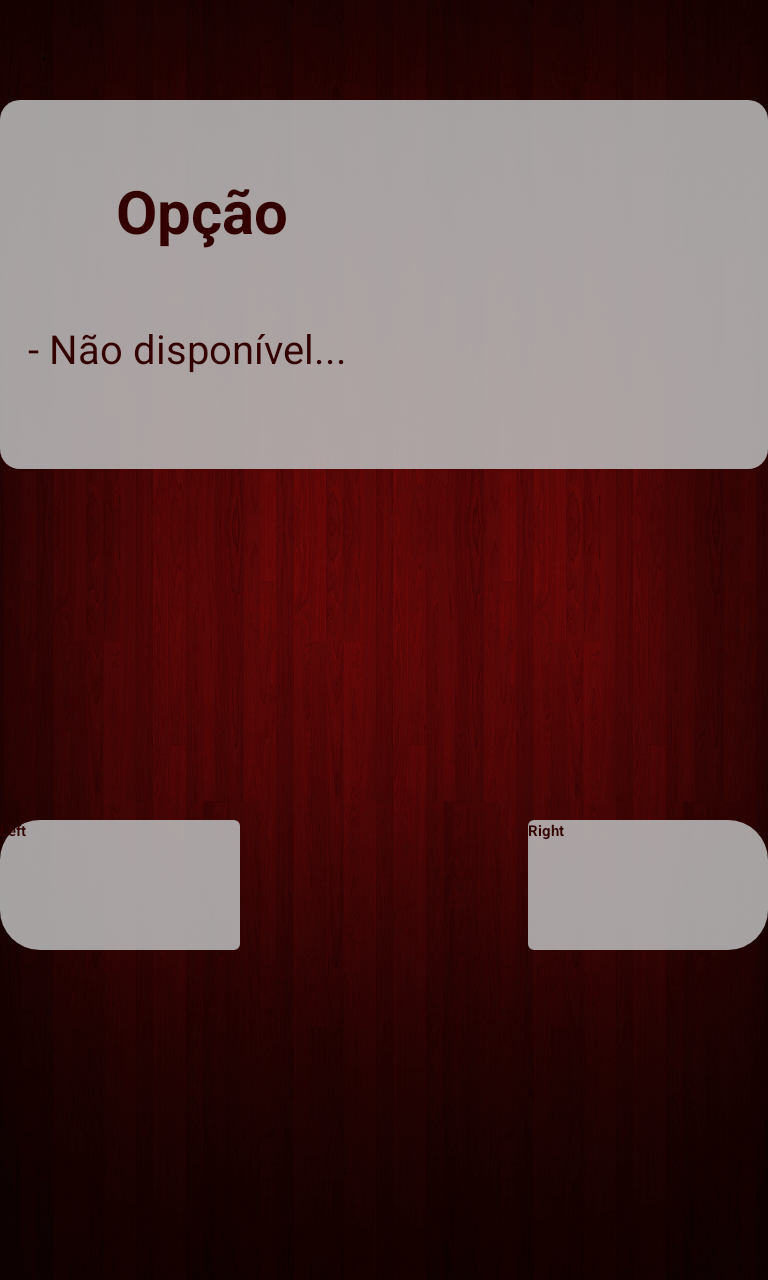
Repository: LuisFilipeDias/eMenu
Layout: SideMenuTutorial/res/layout/display_fragment.xml
The author's editor kept a copy of each file at every save. The layout is drawn from the files as they stood at one save, then again after the next save.
It is drawn on a 768 x 1280 px phone screen (xhdpi) without system bars, with theme Theme.Sherlock; the app's code is not run.

Above is the layout before, as saved 2013-12-23 18:55:24.

### SideMenuTutorial/res/layout/display_fragment.xml
<LinearLayout xmlns:android="http://schemas.android.com/apk/res/android"
    xmlns:tools="http://schemas.android.com/tools"
    android:id="@+id/scrollView1"
    android:layout_width="match_parent"
    android:layout_height="match_parent"
	android:layout_marginLeft="15dp"
	android:layout_marginRight="15dp"
    android:orientation="vertical"
    android:background="@drawable/back_a"
    tools:context=".MainActivity" >

	<ScrollView
	    android:layout_width="match_parent"
	    android:layout_height="match_parent" >


    <RelativeLayout
        android:layout_width="match_parent"
        android:layout_height="match_parent">

	    <ScrollView
            android:id="@+id/display_scroll"
	        android:layout_width="match_parent"
	        android:layout_height="380dp" >

            <LinearLayout
                android:id="@+id/display_ll_1"
                android:layout_width="match_parent"
                android:layout_height="wrap_content"
                android:layout_marginBottom="100dp"
                android:layout_marginTop="50dp"
                android:background="@drawable/center_clicked"
                android:orientation="vertical" >

                <TextView
                    android:id="@+id/bogus_ttl"
                    android:layout_width="202dp"
                    android:layout_height="wrap_content"
                    android:layout_marginBottom="20dp"
                    android:layout_marginTop="35dp"
                    android:gravity="center_horizontal|center_vertical"
                    android:text="@string/bogus_ttl"
                    android:textAppearance="?android:attr/textAppearanceLarge"
                    android:textColor="@color/brown"
                    android:textSize="30sp"
                    android:textStyle="bold" />

                <RelativeLayout
                    android:id="@+id/disp_rel2"
                    android:layout_width="match_parent"
                    android:layout_height="wrap_content"
                    android:layout_marginTop="15dp"
                    android:orientation="vertical" >

                    <TextView
                        android:id="@+id/bogus_txt"
                        android:layout_width="wrap_content"
                        android:layout_height="wrap_content"
                        android:layout_alignParentLeft="true"
                        android:layout_alignParentTop="true"
                        android:layout_marginLeft="14dp"
                        android:maxWidth="230dp"
                        android:text="@string/bogus_txt"
                        android:textAppearance="?android:attr/textAppearanceLarge"
                        android:textColor="@color/brown"
                        android:textSize="20sp" />

                    <TextView
                        android:id="@+id/bogus_price"
                        android:layout_width="wrap_content"
                        android:layout_height="wrap_content"
                        android:layout_alignParentRight="true"
                        android:layout_alignParentTop="true"
                        android:layout_marginRight="14dp"
                        android:gravity="center_horizontal"
                        android:text="@string/bogus_price"
                        android:textAppearance="?android:attr/textAppearanceLarge"
                        android:textColor="@color/brown"
                        android:textSize="20sp"
                        android:textStyle="bold" />
                </RelativeLayout>
            </LinearLayout>
    	</ScrollView>

	        <RelativeLayout
	            android:layout_marginTop="30dp"
	            android:layout_width="match_parent"
	            android:layout_height="match_parent"
	            android:layout_alignParentBottom="true"
	            android:layout_below="@+id/display_scroll" >

	            <Button
	                android:id="@+id/right_button"
	                android:text="@string/right_btn_txt"
                    android:textColor="@color/brown"
	                android:textStyle="bold"
	                android:layout_width="120dp"
	                android:layout_height="65dp"
	                android:background="@drawable/right_tri_clicked"
	                android:orientation="vertical"
	                android:layout_alignParentRight="true"
	                android:onClick="rightClicked" >
	            </Button>

	            <Button
	                android:id="@+id/left_button"
	                android:text="@string/left_btn_txt"
                    android:textColor="@color/brown"
	                android:textStyle="bold"
	                android:layout_width="120dp"
	                android:layout_height="65dp"
	                android:background="@drawable/left_tri_clicked"
	                android:orientation="vertical"
	                android:layout_alignParentLeft="true"
	                android:onClick="leftClicked" >
	            </Button>
        	</RelativeLayout>
    </RelativeLayout>
    </ScrollView>

</LinearLayout>

### SideMenuTutorial/res/drawable/center_clicked.xml
<?xml version="1.0" encoding="utf-8"?>
<selector xmlns:android="http://schemas.android.com/apk/res/android">
<!-- Button Focused-->
    <item   android:state_focused="true"
            android:state_pressed="false"
            android:drawable="@drawable/center_bg"
            />
<!-- Button Focused Pressed-->
    <item   android:state_focused="true"
            android:state_pressed="true"
            android:drawable="@drawable/center_bg"
            />
<!-- Button Pressed-->
    <item   android:state_focused="false"
            android:state_pressed="true"
            android:drawable="@drawable/center_bg"
            />
<!-- Button Default Image-->
    <item   android:drawable="@drawable/center_hover"/>

</selector>

### SideMenuTutorial/res/values/strings.xml
<?xml version="1.0" encoding="utf-8"?>
<resources>


    <string name="drawer_close">drawer_close</string>
    <string name="drawer_open">drawer_open</string>
    <string name="title_activity_fetch_database">title_activity_fetch_database</string>
    <string name="title_activity_main">Escolher Restaurante</string>
    <string name="title_activity_display">Escolher Opção</string>
    <string name="title_activity_menu">Restaurantes</string>
    <string name="title_display_activity">Escolher</string>
    <string name="action_settings">action_settings</string>
    <string name="Fragment1">Fragment1</string>
    <string name="Fragment2">Fragment2</string>
    <string name="Fragment3">Fragment3</string>
    <string name="hello_world">Hello</string>
    <string name="Fragment1">Fragment1</string>
    <string name="menu_settings">Definições</string>

    <string name="menu_txt">Menus</string>
    <string name="entry_txt">Entradas</string>
    <string name="meat_txt">Pratos de Carne</string>
    <string name="fish_txt">Pratos de peixe</string>
    <string name="others_txt">Outros Pratos</string>
    <string name="deserts_txt">Sobremesas</string>
    <string name="drinks_txt">Bebidas</string>

    <string name="app_name">eMenu</string>
    <string name="carte_ttl">Ementas</string>
    <string name="info_ttl">Informações</string>

    <string name="resumee_ttl">Resumo:</string>
    <string name="resumee_txt">.    Não definido    </string>
    <string name="website_ttl">Website:</string>
    <string name="website_txt">.    Não definido    </string>
    <string name="location_ttl">Localização:</string>
    <string name="location_txt">.    Não definido    </string>
    <string name="contacts_ttl">Contactos:</string>
    <string name="phone_txt">- Telefones -</string>
    <string name="email_txt">- Emails -</string>

    <string name="bogus_ttl">Opção</string>
    <string name="bogus_txt"> - Não disponível...\n\n</string>
    <string name="bogus_price"> </string>

    <string name="left_btn_txt">Left</string>
    <string name="right_btn_txt">Right</string>
</resources>

### SideMenuTutorial/res/values/colors.xml
<?xml version="1.0" encoding="utf-8"?>
<resources>
        <color name="background_color">#888888</color>
        <color name="text_color">#00FFFF</color>
        <color name="random_color">#0000FF</color>
        <color name="light_grey">#EBEBEB</color>
        <color name="medium_grey">#A0A0A0</color>
        <color name="dark_grey">#646464</color>
        <color name="light_red">#FFE2E2</color>
        <color name="medium_red">#FFB4B4</color>
        <color name="light_blue">#E2E2FF</color>
        <color name="medium_blue">#B4B4FF</color>
        <color name="dark_blue">#0000FF</color>
        <color name="light_green">#E2FFE2</color>
        <color name="medium_green">#B4FFB4</color>
        <color name="emenu_color">#9F9F9F</color>
        <color name="light_orange">#FFC983</color>
        <color name="medium_orange">#FFB778</color>
        <color name="light_yellow">#FFFFBF</color>
        <color name="medium_yellow">#FFFFA3</color>
        <color name="white">#FFFFFF</color>
        <color name="top_blue">#3399CC</color>
        <color name="brown">#330000</color>
</resources>

### SideMenuTutorial/res/drawable/right_tri_clicked.xml
<?xml version="1.0" encoding="utf-8"?>
<selector xmlns:android="http://schemas.android.com/apk/res/android">
<!-- Button Focused-->
    <item   android:state_focused="true"
            android:state_pressed="false"
            android:drawable="@drawable/right_tri_bg"
            />
<!-- Button Focused Pressed-->
    <item   android:state_focused="true"
            android:state_pressed="true"
            android:drawable="@drawable/right_tri_bg"
            />
<!-- Button Pressed-->
    <item   android:state_focused="false"
            android:state_pressed="true"
            android:drawable="@drawable/right_tri_bg"
            />
<!-- Button Default Image-->
    <item   android:drawable="@drawable/right_tri_hover"/>

</selector>

### SideMenuTutorial/res/drawable/left_tri_clicked.xml
<?xml version="1.0" encoding="utf-8"?>
<selector xmlns:android="http://schemas.android.com/apk/res/android">
<!-- Button Focused-->
    <item   android:state_focused="true"
            android:state_pressed="false"
            android:drawable="@drawable/left_tri_bg"
            />
<!-- Button Focused Pressed-->
    <item   android:state_focused="true"
            android:state_pressed="true"
            android:drawable="@drawable/left_tri_bg"
            />
<!-- Button Pressed-->
    <item   android:state_focused="false"
            android:state_pressed="true"
            android:drawable="@drawable/left_tri_bg"
            />
<!-- Button Default Image-->
    <item   android:drawable="@drawable/left_tri_hover"/>

</selector>

### SideMenuTutorial/res/drawable/left_tri_bg.xml
<?xml version="1.0" encoding="UTF-8"?>
<shape xmlns:android="http://schemas.android.com/apk/res/android">
<!--this is to give gradient effect -->
<gradient   android:angle="270"
            android:startColor="#FFFFFFFF"
            android:endColor="#FFFFFFFF"
            />
<!-- this is make corners of button rounded -->
<corners    android:topLeftRadius="20dip"
               android:bottomRightRadius="3dip"
               android:topRightRadius="3dip"
               android:bottomLeftRadius="20dip"/>

</shape>

### SideMenuTutorial/res/drawable/left_tri_hover.xml
<?xml version="1.0" encoding="UTF-8"?>
<shape xmlns:android="http://schemas.android.com/apk/res/android">
<!--this is to give gradient effect -->
<gradient   android:angle="270"
               android:startColor="#DDBBBBBB"
               android:endColor="#DDBBBBBB"
               />
<!-- this is make corners of button rounded -->
<corners    android:topLeftRadius="20dip"
               android:bottomRightRadius="3dip"
               android:topRightRadius="3dip"
               android:bottomLeftRadius="20dip"/>

</shape>

### SideMenuTutorial/res/drawable/right_tri_bg.xml
<?xml version="1.0" encoding="UTF-8"?>
<shape xmlns:android="http://schemas.android.com/apk/res/android">
<!--this is to give gradient effect -->
<gradient   android:angle="270"
            android:startColor="#FFFFFFFF"
            android:endColor="#FFFFFFFF"
            />
<!-- this is make corners of button rounded -->
<corners    android:topLeftRadius="3dip"
               android:bottomRightRadius="20dip"
               android:topRightRadius="20dip"
               android:bottomLeftRadius="3dip"/>

</shape>

### SideMenuTutorial/res/drawable/right_tri_hover.xml
<?xml version="1.0" encoding="UTF-8"?>
<shape xmlns:android="http://schemas.android.com/apk/res/android">
<!--this is to give gradient effect -->
<gradient   android:angle="270"
               android:startColor="#DDBBBBBB"
               android:endColor="#DDBBBBBB"
               />
<!-- this is make corners of button rounded -->
<corners    android:topLeftRadius="3dip"
               android:bottomRightRadius="20dip"
               android:topRightRadius="20dip"
               android:bottomLeftRadius="3dip"/>

</shape>

### SideMenuTutorial/res/drawable/center_bg.xml
<?xml version="1.0" encoding="UTF-8"?>
<shape xmlns:android="http://schemas.android.com/apk/res/android">
<!--this is to give gradient effect -->
<gradient   android:angle="270"
            android:startColor="#FFFFFFFF"
            android:endColor="#FFFFFFFF"
            />
<!-- this is make corners of button rounded -->
<corners    android:topLeftRadius="10dip"
               android:bottomRightRadius="10dip"
               android:topRightRadius="10dip"
               android:bottomLeftRadius="10dip"/>

</shape>

### SideMenuTutorial/res/drawable/center_hover.xml
<?xml version="1.0" encoding="UTF-8"?>
<shape xmlns:android="http://schemas.android.com/apk/res/android">
<!--this is to give gradient effect -->
<gradient   android:angle="270"
               android:startColor="#DDBBBBBB"
               android:endColor="#DDBBBBBB"
               />
<!-- this is make corners of button rounded -->
<corners    android:topLeftRadius="10dip"
               android:bottomRightRadius="10dip"
               android:topRightRadius="10dip"
               android:bottomLeftRadius="10dip"/>

</shape>

After the next save:
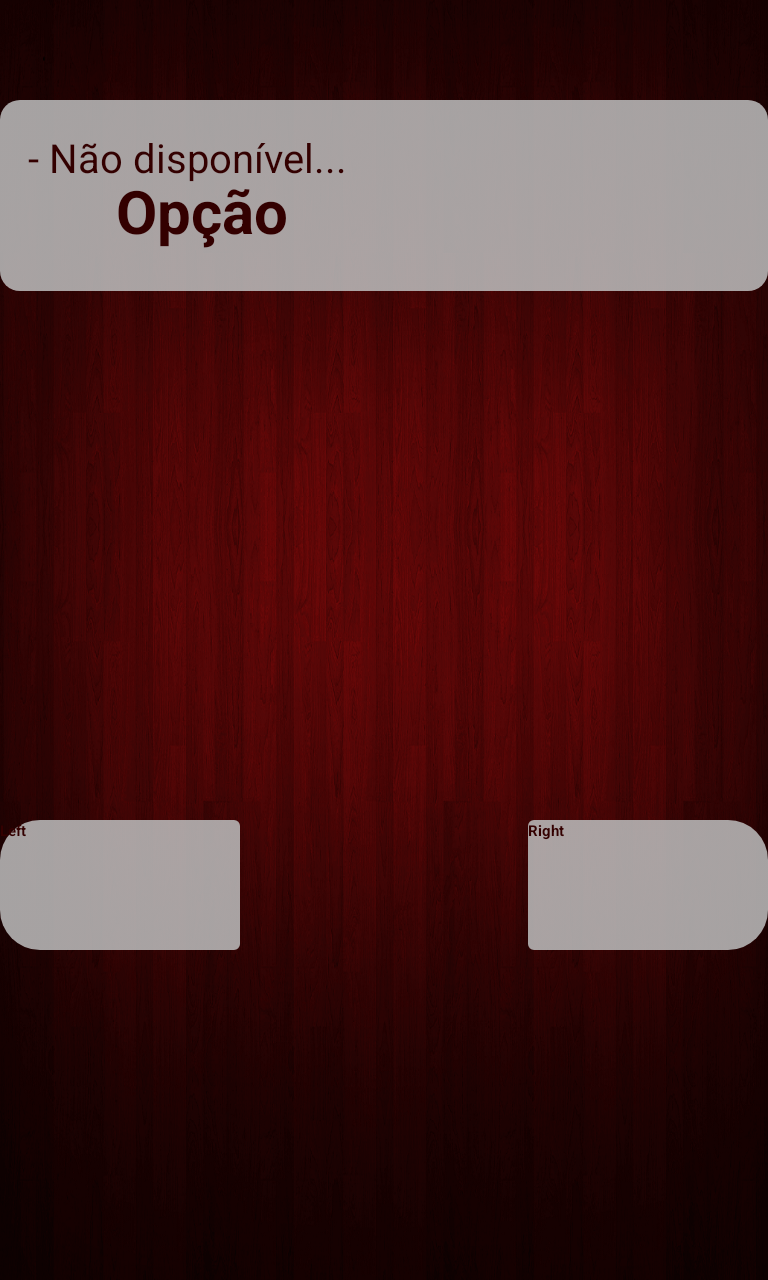
Saved 6 s later.
--- a/SideMenuTutorial/res/layout/display_fragment.xml
+++ b/SideMenuTutorial/res/layout/display_fragment.xml
@@ -23,7 +23,7 @@
 	        android:layout_width="match_parent"
 	        android:layout_height="380dp" >
 
-            <LinearLayout
+            <RelativeLayout
                 android:id="@+id/display_ll_1"
                 android:layout_width="match_parent"
                 android:layout_height="wrap_content"
@@ -79,7 +79,7 @@
                         android:textSize="20sp"
                         android:textStyle="bold" />
                 </RelativeLayout>
-            </LinearLayout>
+            </RelativeLayout>
     	</ScrollView>
 
 	        <RelativeLayout

After the 2 saves that followed:
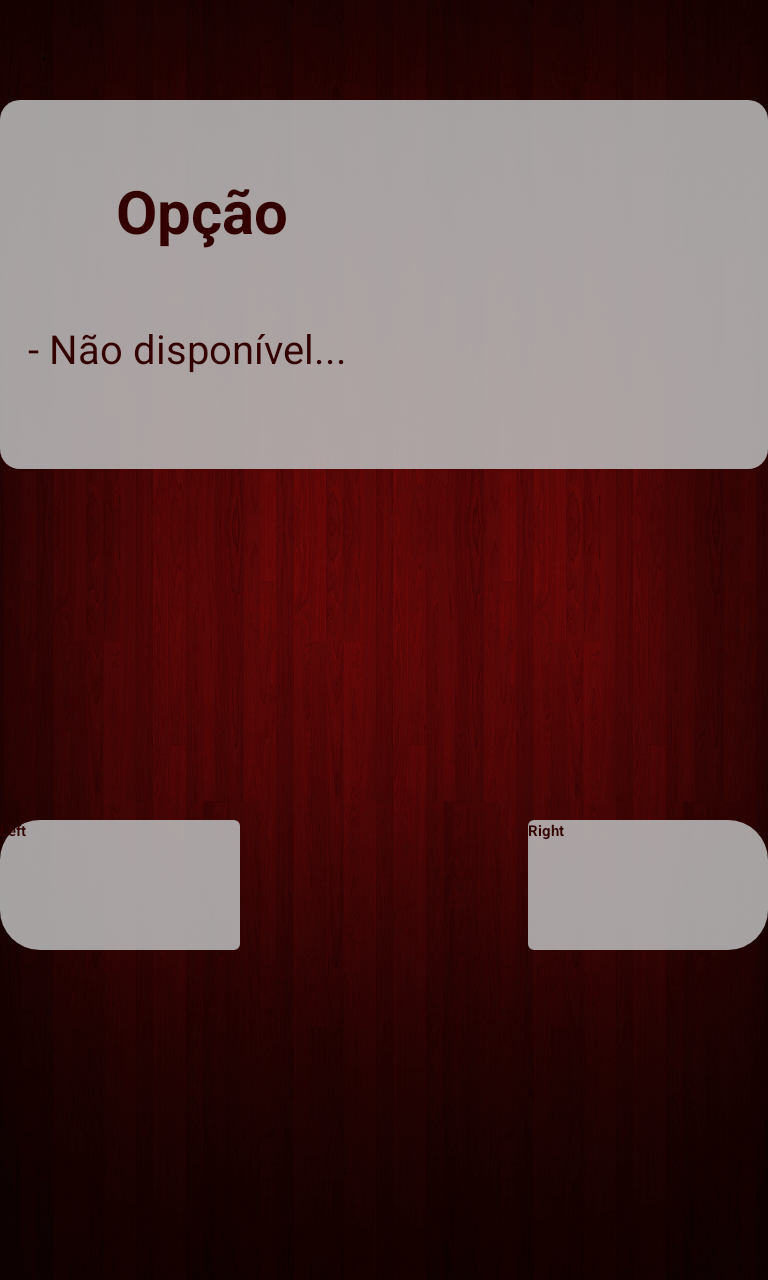
The 2 saves are shown as one change because 1 left the picture as it was.
The last was saved 28 s later.
--- a/SideMenuTutorial/res/layout/display_fragment.xml
+++ b/SideMenuTutorial/res/layout/display_fragment.xml
@@ -50,7 +50,8 @@
                     android:layout_width="match_parent"
                     android:layout_height="wrap_content"
                     android:layout_marginTop="15dp"
-                    android:orientation="vertical" >
+                    android:orientation="vertical"
+                    android:layout_below="@+id/bogus_ttl" >
 
                     <TextView
                         android:id="@+id/bogus_txt"
